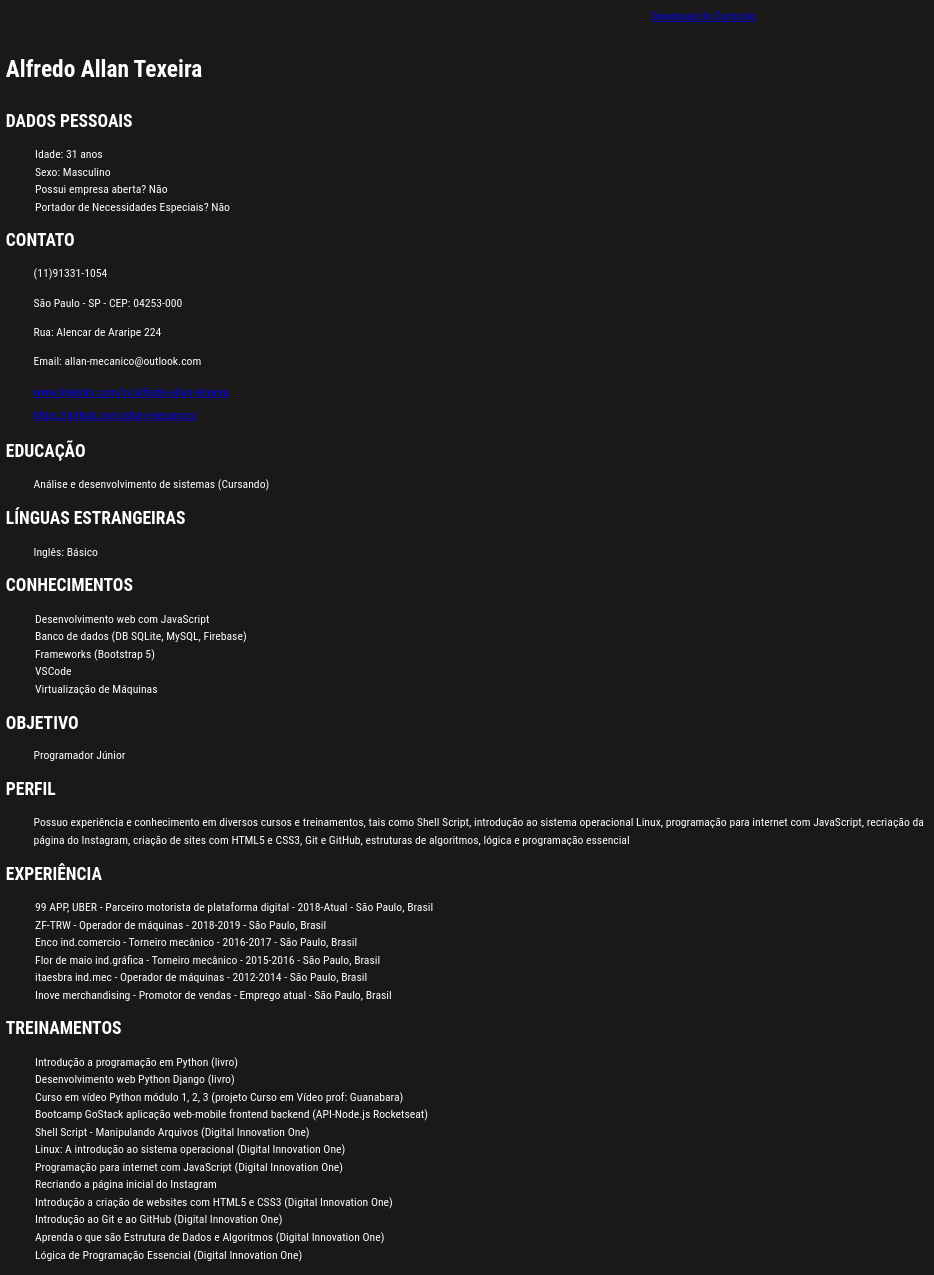
Repository: alfredo-allan/Portfolio
Page: curriculo.html
An editor plug-in stored every save of this project. The page is shown before and after a run of saves, followed by the edit.
The browser window is 1280 px wide. The pictures show the whole page, at 73% of full size.

Above is the page before, as saved 2024-03-20 17:18:04.

After the next 7 saves:
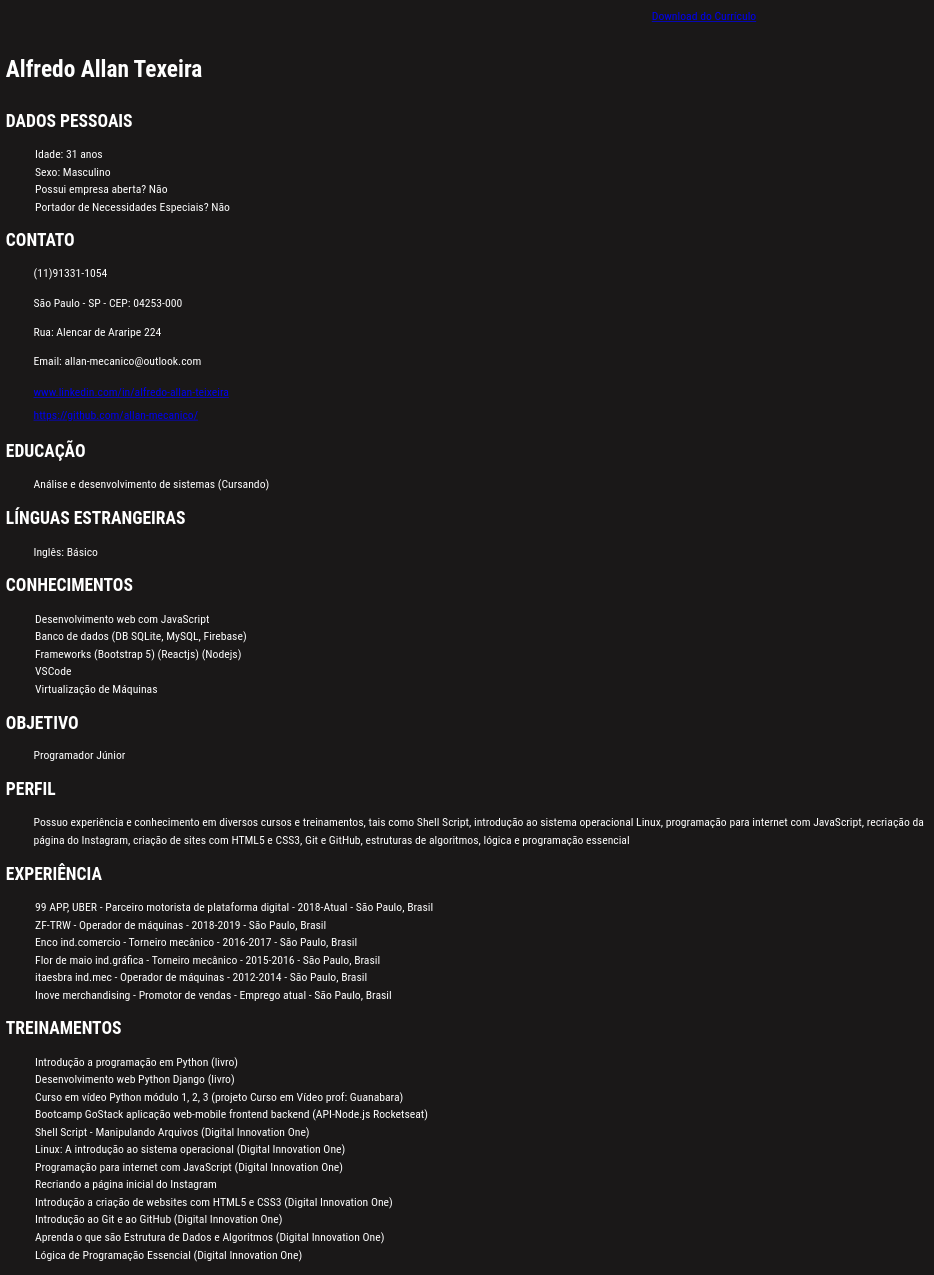
The 7 saves are shown as one change because they came seconds apart.
The last was saved 25 s later.
--- a/curriculo.html
+++ b/curriculo.html
@@ -46,7 +46,7 @@
     <ul>
       <li>Desenvolvimento web com JavaScript</li>
       <li>Banco de dados (DB SQLite, MySQL, Firebase)</li>
-      <li>Frameworks (Bootstrap 5)</li>
+      <li>Frameworks (Bootstrap 5) (Reactjs) (Nodejs)</li>
       <li>VSCode</li>
 			<li>Virtualização de Máquinas</li>
     </ul>
